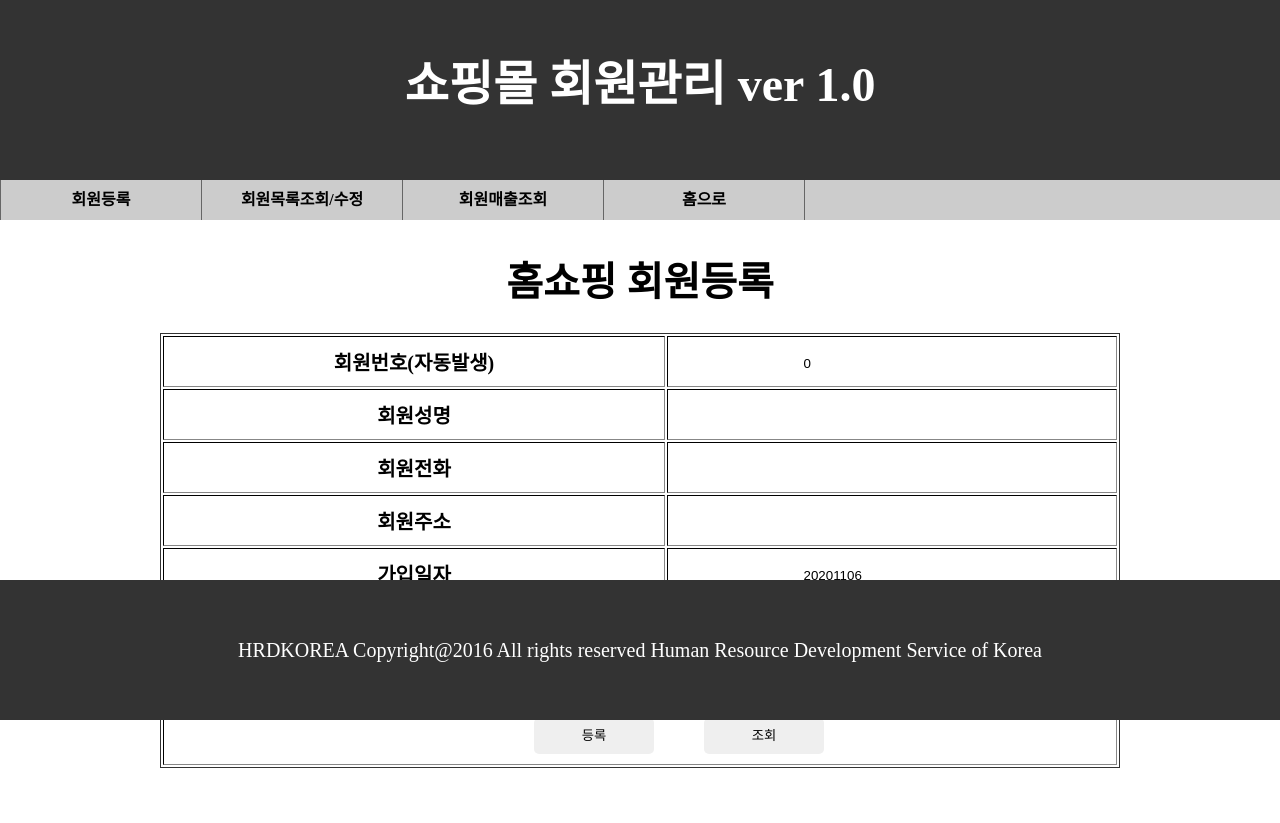
Repository: jsky1234/NCS
Page: http://localhost/HRD_1/memberIns.jsp
These files come from the project's save history. The page is drawn as it stood at one moment and after the next save; the edit follows.
The browser window is 1280 px wide. The pictures show the whole page.
The page is served by Tomcat 9. Queries for data that is not in the repository find no rows.

Above is the page before, as saved 2020-11-10 05:14:21.
Console error: ReferenceError: form is not defined

After the next save:
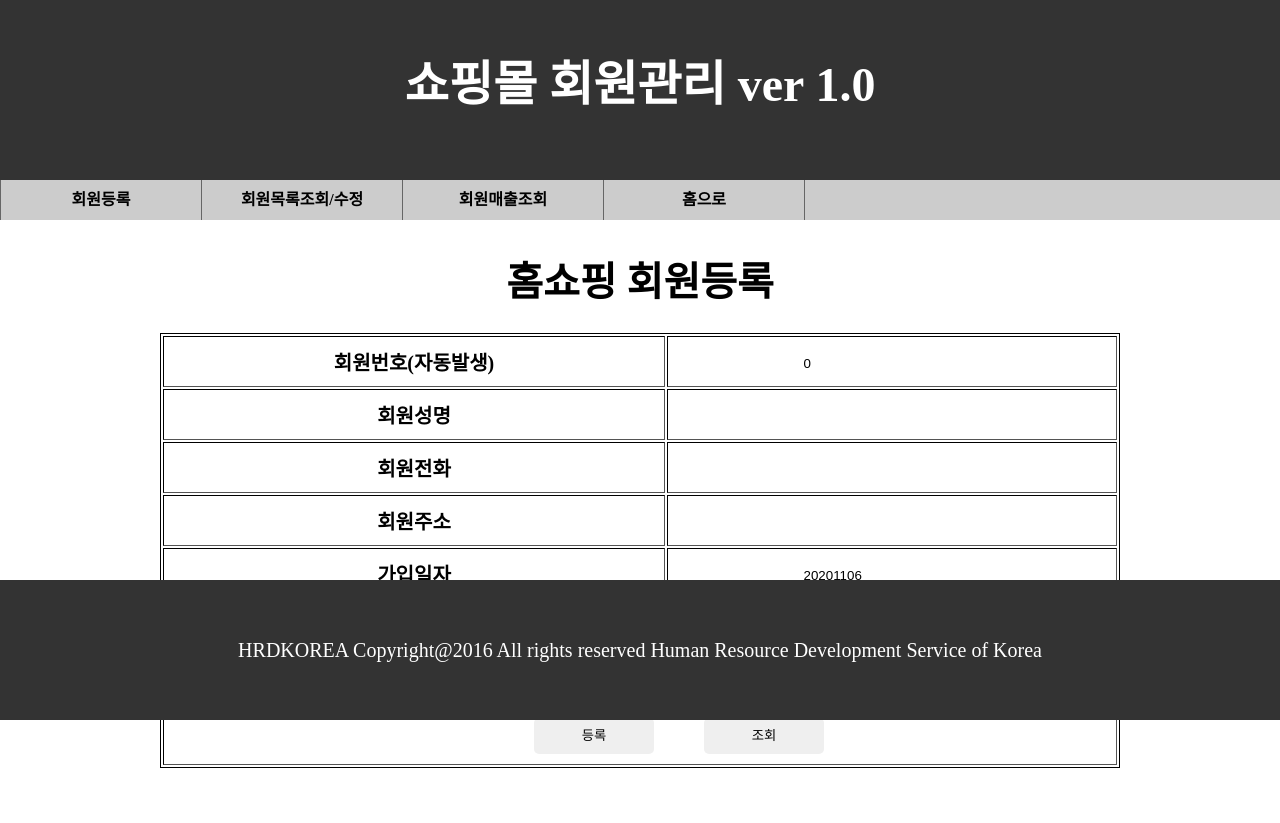
Saved 30 s later.
--- a/ncs1/HRD_1/WebContent/memberIns.jsp
+++ b/ncs1/HRD_1/WebContent/memberIns.jsp
@@ -10,7 +10,7 @@
 <style>
 .main_help { width: 960px; margin: 25px auto; font-size: 20px; }
 .main_help ol { padding-top: 5px; }
-.tb { display: table; border: 1px solid #333; width: 960px; text-align: center;}
+.tb { display: table; border: 1px solid #000000; width: 960px; text-align: center;}
 .tb tr { display: table-row; }
 .tb td, .tb th { display: table-cell; padding: 10px; }
 .tb th { width: 480px; }
